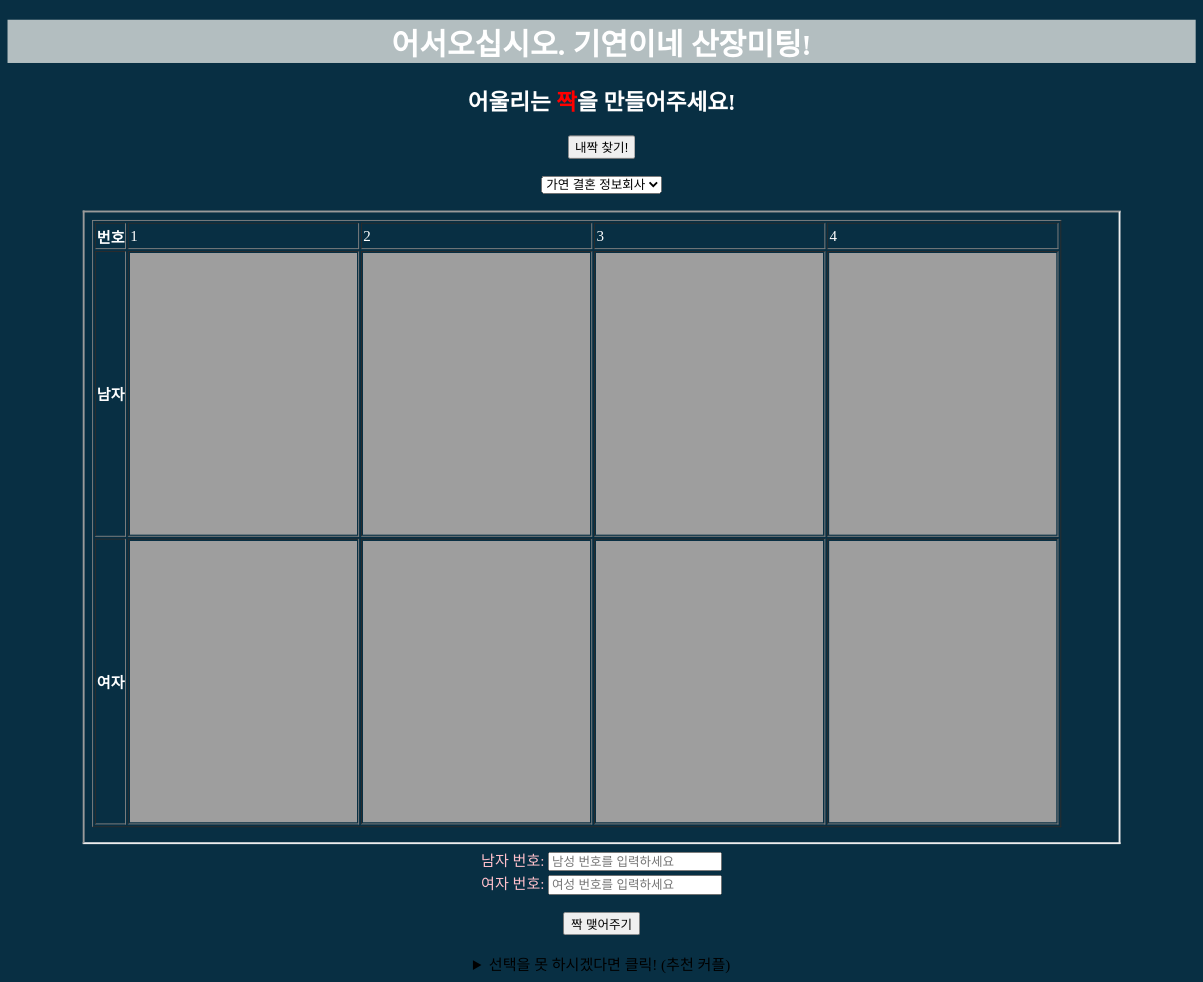
Repository: trapezer84/JSP
Page: http://localhost/AEA_Assignment/
An editor plug-in stored every save of this project. The page is shown before and after the next save, followed by the edit.
The browser window is 1280 px wide. The pictures show the whole page, at 94% of full size.
The page is served by Tomcat 9.

Above is the page before, as saved 2016-02-04 11:51:51.

After the next save:
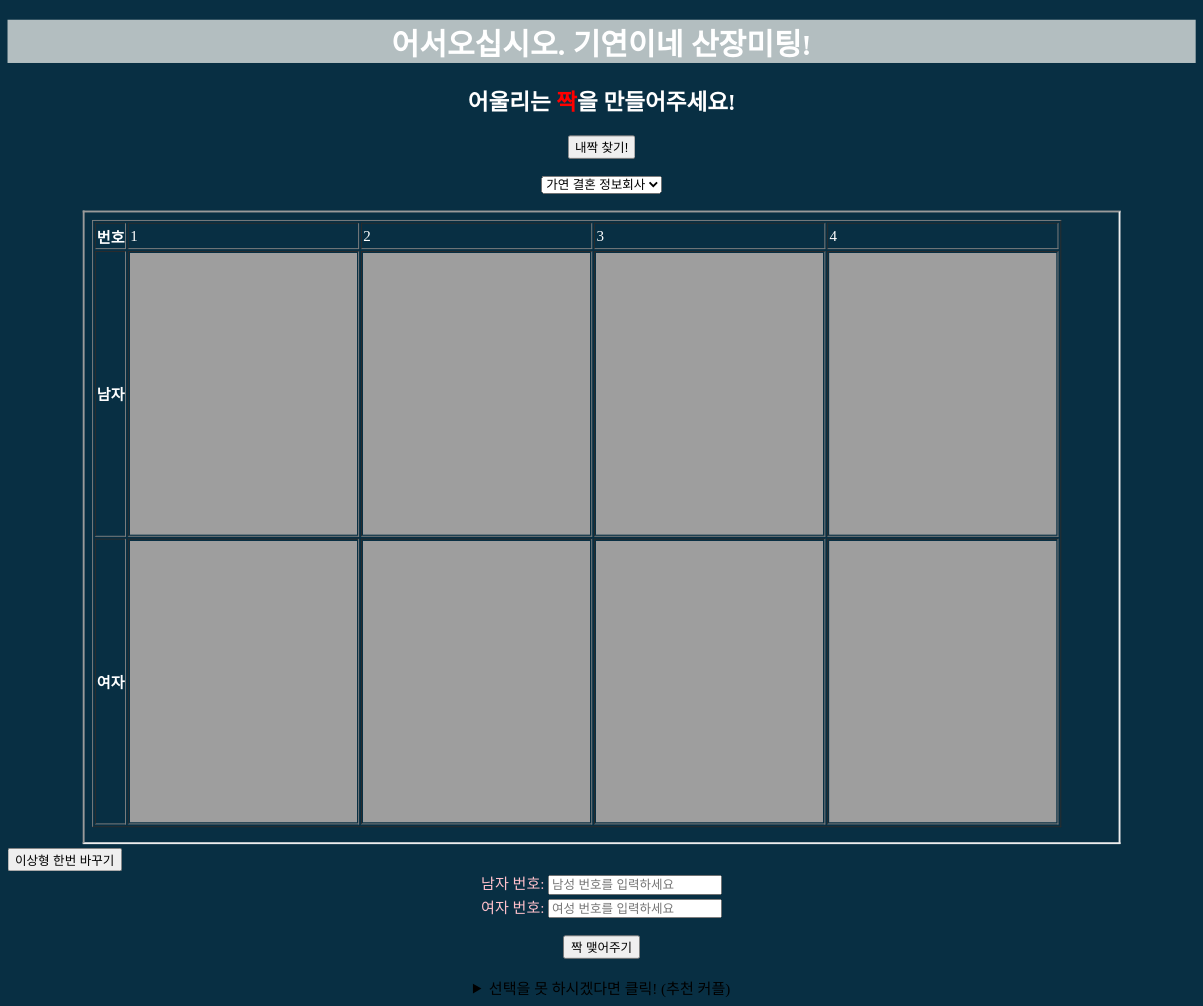
Saved 2 min 27 s later.
--- a/AEA_Assignment/WebContent/index.jsp
+++ b/AEA_Assignment/WebContent/index.jsp
@@ -39,6 +39,10 @@
 			height="670"></iframe>
 	</div>
 
+	<div>
+		<input type="button" value="이상형 한번 바꾸기">
+	</div>
+
 	<div align="center" style="color: pink">
 		<form method="post" action="/SelectIdealType/result">
 			남자 번호: <input type="text" name="man" placeholder="남성 번호를 입력하세요"><br>
